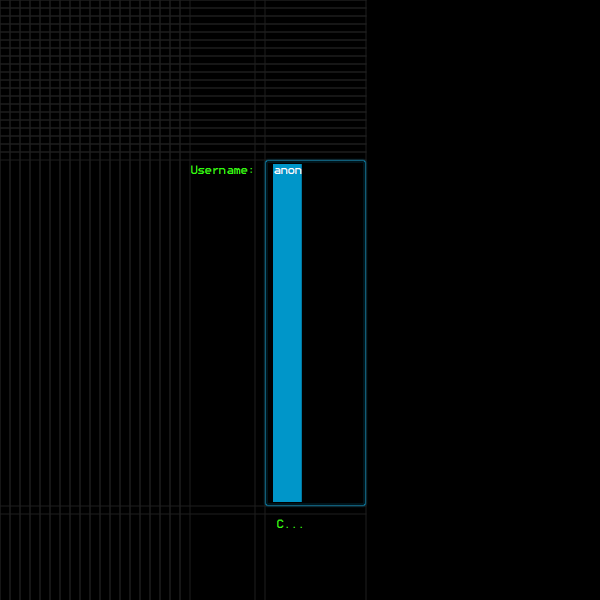
Repository: silic4-ivey/River
Program's window: java RiverClient/src/Main.java
These files come from the project's save history. The program's window is drawn as it stood at one moment and after the next save; the edit follows.
It runs on Java 21 on a 1366 x 768 screen with JavaFX 11; the title bar is not drawn. It also reads RiverClient/resources/fonts/Modeseven-L3n5.ttf.

Above is the program's window before, as saved 2021-08-16 19:10:00.

After the next save:
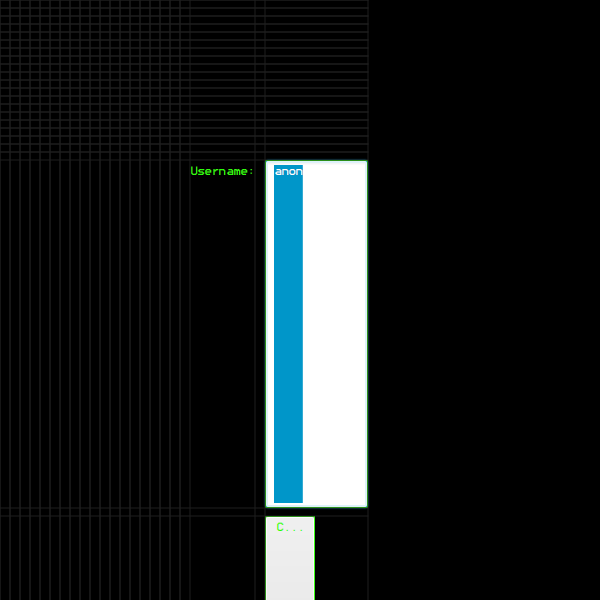
Saved 25 s later.
--- a/RiverClient/src/MainUI.java
+++ b/RiverClient/src/MainUI.java
@@ -53,13 +53,13 @@
 
 		text.setStyle("-fx-text-inner-color: #39ff14");
 		text.setStyle("-fx-control-inner-background: black");
-		//text.setStyle("-fx-border-color: #39ff14");
+		text.setStyle("-fx-border-color: #39ff14");
 
 		userLbl.setTextFill(Color.web("#39ff14"));
 
 		connectButton.setTextFill(Color.web("#39ff14"));
 		connectButton.setStyle("-fx-background-color: black");
-		//connectButton.setStyle("-fx-border-color: #39ff14");
+		connectButton.setStyle("-fx-border-color: #39ff14");
 
 		connectButton.setMaxSize(50, 20);
 
